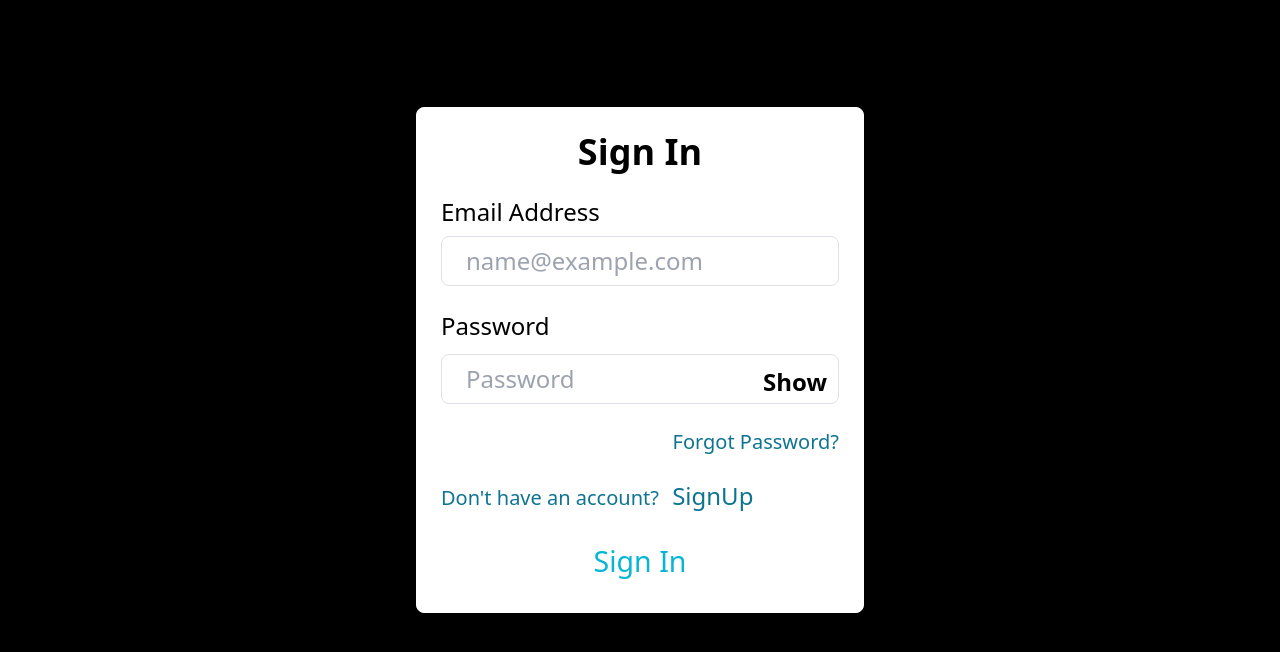
Repository: sayyad-mukthumsa-123/Movie-Verse
Page: /login (app in frontend/)
An editor plug-in stored every save of this project. The page is shown before and after the next save, followed by the edit.
The browser window is 1280 px wide. The pictures show the whole page.
The page's requests for data from a server got no answer. The project was rebuilt for these pictures with package versions that can differ from the ones it lists, and the page was loaded fresh each time. No one was signed in, and anything a server would have sent is missing. Also part of the build but not shown: frontend/src/pages/Welcome.jsx, frontend/src/components/Logout.jsx, frontend/src/components/Navbar.jsx, frontend/src/components/Cards.jsx, frontend/src/pages/Home.jsx, frontend/src/components/AvatarSelection.jsx, frontend/src/pages/SignUp.jsx, frontend/src/pages/MovieRecommendations.jsx and 17 more.

Above is the page before, as saved 2025-02-18 22:35:13.

### frontend/public/index.html
<!DOCTYPE html>
<html lang="en">

<head>
  <meta charset="utf-8" />
  <link rel="icon" href="%PUBLIC_URL%/favicon.ico" />
  <meta name="viewport" content="width=device-width, initial-scale=1" />
  <meta name="theme-color" content="#000000" />
  <meta name="description" content="Web site created using create-react-app" />
  <link rel="apple-touch-icon" href="%PUBLIC_URL%/logo192.png" />
  <!--
      manifest.json provides metadata used when your web app is installed on a
      user's mobile device or desktop. See https://developers.google.com/web/fundamentals/web-app-manifest/
    -->
  <link rel="manifest" href="%PUBLIC_URL%/manifest.json" />
  <link rel="stylesheet" href="https://cdn.jsdelivr.net/npm/bootstrap@5.3.2/dist/css/bootstrap.min.css"
    integrity="sha384-T3c6CoIi6uLrA9TneNEoa7RxnatzjcDSCmG1MXxSR1GAsXEV/Dwwykc2MPK8M2HN" crossorigin="anonymous" />
  <!--
      Notice the use of %PUBLIC_URL% in the tags above.
      It will be replaced with the URL of the `public` folder during the build.
      Only files inside the `public` folder can be referenced from the HTML.

      Unlike "/favicon.ico" or "favicon.ico", "%PUBLIC_URL%/favicon.ico" will
      work correctly both with client-side routing and a non-root public URL.
      Learn how to configure a non-root public URL by running `npm run build`.
    -->
  <title>MovieVerse</title>
</head>

<body>
  <noscript>You need to enable JavaScript to run this app.</noscript>
  <div id="root"></div>
  <!--
      This HTML file is a template.
      If you open it directly in the browser, you will see an empty page.

      You can add webfonts, meta tags, or analytics to this file.
      The build step will place the bundled scripts into the <body> tag.

      To begin the development, run `npm start` or `yarn start`.
      To create a production bundle, use `npm run build` or `yarn build`.
    -->
</body>

</html>

### frontend/src/index.css
/* body {
  margin: 0;
  font-family: -apple-system, BlinkMacSystemFont, 'Segoe UI', 'Roboto', 'Oxygen',
    'Ubuntu', 'Cantarell', 'Fira Sans', 'Droid Sans', 'Helvetica Neue',
    sans-serif;
  -webkit-font-smoothing: antialiased;
  -moz-osx-font-smoothing: grayscale;
}

code {
  font-family: source-code-pro, Menlo, Monaco, Consolas, 'Courier New',
    monospace;
} */


/* @tailwind base;
@tailwind components;
@tailwind utilities; */


/* @import "tailwindcss/base";
@import "tailwindcss/components";
@import "tailwindcss/utilities"; */


/* src/index.css */
@tailwind base;
@tailwind components;
@tailwind utilities;

### frontend/src/App.js
import { BrowserRouter, Route, Routes } from "react-router-dom";
import Welcome from "./pages/Welcome";
import Home from "./pages/Home";
import SignIn from "./pages/SignIn";
import SignUp from "./pages/SignUp";
import Details from "./pages/MovieDetail";
import MovieSearch from "./pages/MovieSearch";
import PopularMovies from "./pages/PopularMovies";
import TrendingMovies from "./pages/TrendingMovies";
import DirectorSearch from "./pages/DirectorSearch";
import HeroSearch from "./pages/HeroSearch";
import HeroineSearch from "./pages/HeroineSearch";
import Search from "./pages/Search";
import GenreSearch from "./pages/GenreSearch";
import LangSearch from "./pages/LangSearch";
import ProtectedRoute from "./components/ProtectedRoute"; // Import ProtectedRoute
import ProfilePage from "./pages/ProfilePage"; // ProfilePage component
import UpdateProfile from "./pages/UpdateProfile";
import ResetPassword from "./components/ResetPassword";
import ReviewRating from "./pages/ReviewRating";
import ContactUs from "./pages/ContactUs";
import MovieDetail from "./pages/MovieDetail";


const App = () => {
  return (
    <div className="App">

      <BrowserRouter>
        <Routes>

          <Route path="/" element={<Welcome />} />
          <Route path="/register" element={<SignUp />} />
          <Route path="/login" element={<SignIn />} />


          <Route
            path="/home_login"
            element={
              <ProtectedRoute>
                <Home />
              </ProtectedRoute>
            }
          />
          <Route
            path="/details"
            element={
              <ProtectedRoute>
                <Details />
              </ProtectedRoute>
            }
          />
          <Route
            path="/popular"
            element={
              <ProtectedRoute>
                <PopularMovies />
              </ProtectedRoute>
            }
          />
          <Route
            path="/trending"
            element={
              <ProtectedRoute>
                <TrendingMovies />
              </ProtectedRoute>
            }
          />
          <Route
            path="/search/movie"
            element={
              <ProtectedRoute>
                <MovieSearch />
              </ProtectedRoute>
            }
          />
          <Route
            path="/search/director"
            element={
              <ProtectedRoute>
                <DirectorSearch />
              </ProtectedRoute>
            }
          />
          <Route
            path="/search/hero"
            element={
              <ProtectedRoute>
                <HeroSearch />
              </ProtectedRoute>
            }
          />
          <Route
            path="/search/heroine"
            element={
              <ProtectedRoute>
                <HeroineSearch />
              </ProtectedRoute>
            }
          />
          <Route
            path="/search/genre"
            element={
              <ProtectedRoute>
                <GenreSearch />
              </ProtectedRoute>
            }
          />
          <Route
            path="/search/lang"
            element={
              <ProtectedRoute>
                <LangSearch />
              </ProtectedRoute>
            }
          />
          <Route
            path="/search"
            element={
              <ProtectedRoute>
                <Search />
              </ProtectedRoute>
            }
          />
          <Route
            path="/movie/:id"
            element={
              <ProtectedRoute>
                <Details />
              </ProtectedRoute>
            }
          />
          <Route path="api/profile/:email" element={
            <ProtectedRoute>
              <ProfilePage />
            </ProtectedRoute>}
          />
          <Route path="/update-profile/:email" element={
            <ProtectedRoute>
              <UpdateProfile />
            </ProtectedRoute>}
          />
          <Route path="/profile/:email" element={
            <ProtectedRoute><ProfilePage />
            </ProtectedRoute>} />
          <Route path="/reset-password/:email" element={

            <ResetPassword />

          }
          />


          {/* Movie review and rating route */}

          <Route path="/movie/:movieId/review-rating" element={
            <ProtectedRoute><ReviewRating />
            </ProtectedRoute>} />



          <Route path="/contact" element={
            <ProtectedRoute><ContactUs />
            </ProtectedRoute>} />

        </Routes>

      </BrowserRouter>
    </div>
  );
};

export default App;

### frontend/src/pages/SignIn.jsx
import React, { useEffect, useState } from "react";
import { Link, useNavigate } from "react-router-dom";
import { ToastContainer, toast } from "react-toastify";
import "react-toastify/dist/ReactToastify.css";

const SignIn = () => {
  const [email, setEmail] = useState("");
  const [password, setPassword] = useState("");
  const [passwordVisible, setPasswordVisible] = useState(false);
  const navigate = useNavigate();

  useEffect(() => {
    const token = localStorage.getItem("token");
    if (token) {
      navigate("/home_login"); // Redirect if already logged in
    }
  }, [navigate]);

  const togglePasswordVisibility = () => {
    setPasswordVisible(!passwordVisible);
  };

  const handleSubmit = async (event) => {
    event.preventDefault();

    if (!email || !password) {
      toast.error("Please fill in all fields.");
      return;
    }

    if (!/\S+@\S+\.\S+/.test(email)) {
      toast.error("Please provide a valid email.");
      return;
    }

    try {
      const response = await fetch("http://localhost:5000/login", {
        method: "POST",
        headers: {
          "Content-Type": "application/json",
        },
        body: JSON.stringify({ Email: email, Password: password }),
      });

      const data = await response.json();

      if (response.ok) {
        localStorage.setItem("token", data.token);
        localStorage.setItem("email", email); // Store email after successful sign-in
        toast.success("Sign in successful!");
        setTimeout(() => {
          navigate("/home_login");
        }, 2000);

      } else {
        toast.error(data.msg || "Invalid email or password.");
      }
    } catch (error) {
      toast.error("An error occurred. Please try again later.");
      console.error("Error:", error);
    }
  };

  const handleForgotPassword = () => {
    if (!email) {
      toast.error("Please enter your email to reset the password.");
      return;
    }
    navigate(`/reset-password/${email}`);
  };

  return (
    <div className="flex items-center justify-center min-h-screen bg-black">
      <div className="w-full max-w-md bg-white border border-white text-black rounded-lg shadow-md p-6">
        <h1 className="text-4xl font-bold  text-center mb-6">Sign In</h1>
        <form onSubmit={handleSubmit}>
          <div className="mb-4">
            <label htmlFor="email" className="block text-2xl mb-2 font-medium ">
              Email Address
            </label>
            <input
              type="email"
              id="email"
              className="w-full px-4 py-2 text-black border rounded-lg focus:outline-none focus:ring focus:ring-cyan-800 text-2xl"
              placeholder="name@example.com"
              value={email}
              onChange={(e) => setEmail(e.target.value)}
            />
          </div>
          <div className="mb-4 relative">
            <label htmlFor="password" className="block  mb-2 font-medium  text-2xl">
              Password
            </label>
            <input
              type={passwordVisible ? "text" : "password"}
              id="password"
              className="mt-1 w-full px-4 py-2 text-black border rounded-lg focus:outline-none focus:ring focus:ring-cyan-800 text-2xl"
              placeholder="Password"
              value={password}
              onChange={(e) => setPassword(e.target.value)}
            />
            <button
              type="button"
              className="absolute text-black top-14 right-3 text-2xl font-semibold  focus:outline-none"
              onClick={togglePasswordVisibility}
            >
              {passwordVisible ? "Hide" : "Show"}
            </button>
          </div>
          <div className="text-sm text-right mb-4">
            <button
              type="button"
              className="text-cyan-700 text-xl hover:underline focus:outline-none hover:scale-105 transition-transform"
              onClick={handleForgotPassword}
            >
              Forgot Password?
            </button>
          </div>
          <div className="text-xl mb-4 text-cyan-700">
            Don't have an account?{" "}
            <Link to="/register" className="inline-block mx-2 text-cyan-700 hover:underline hover:scale-105 transition-transform text-2xl">
              SignUp
            </Link>
          </div>
          <button
            type="submit"
            className="w-full scale-95 bg-white text-3xl text-cyan-500 py-2 px-4 rounded-lg hover:bg-green-700 focus:outline-none hover:scale-100 transition-transform"
          >
            Sign In
          </button>
        </form>
      </div>
      <ToastContainer />
    </div>
  );
};

export default SignIn;

### frontend/tailwind.config.js
module.exports = {
  content: [
    "./src/**/*.{js,jsx,ts,tsx}", // Include all source files in the frontend
  ],
  theme: {
    extend: {},
  },
  plugins: [],
};

Loaded but not shown: frontend/src/index.js (common file); frontend/src/reportWebVitals.js (common file)

After the next save:
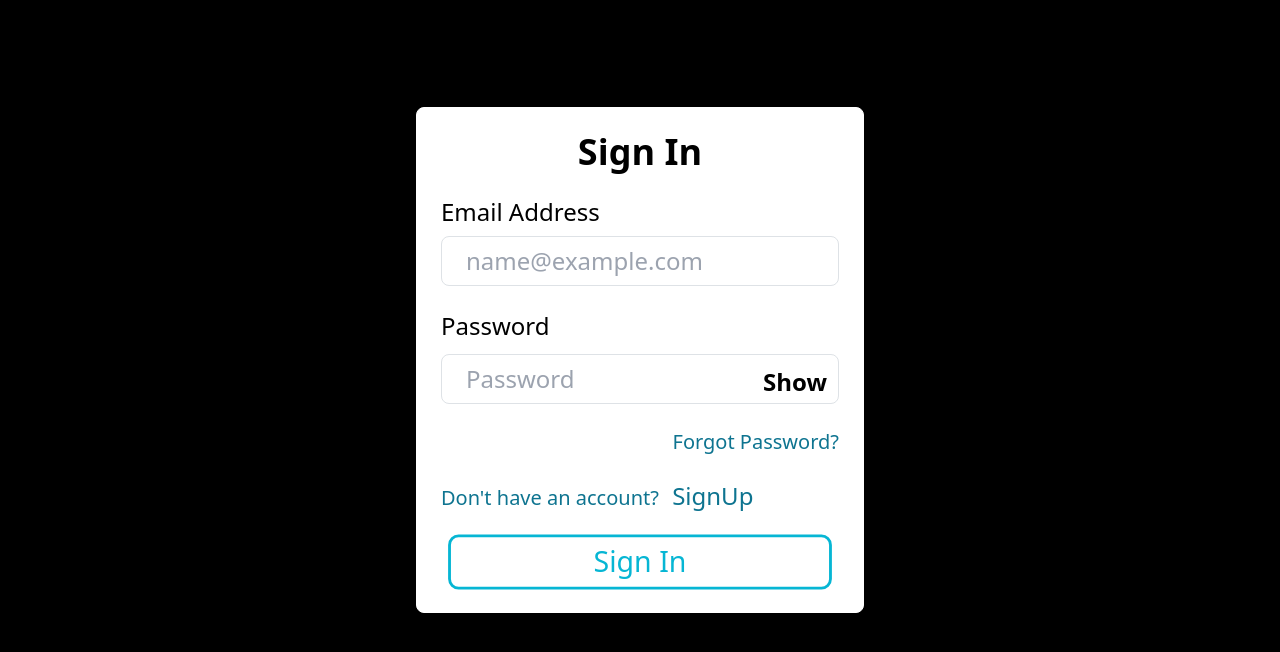
Saved 14 s later.
--- a/frontend/src/pages/SignIn.jsx
+++ b/frontend/src/pages/SignIn.jsx
@@ -124,7 +124,7 @@
           </div>
           <button
             type="submit"
-            className="w-full scale-95 bg-white text-3xl text-cyan-500 py-2 px-4 rounded-lg hover:bg-green-700 focus:outline-none hover:scale-100 transition-transform"
+            className="w-full scale-95 bg-white text-3xl text-cyan-500 outline py-2 px-4 rounded-lg hover:bg-green-700 focus:outline-none hover:scale-100 transition-transform"
           >
             Sign In
           </button>
